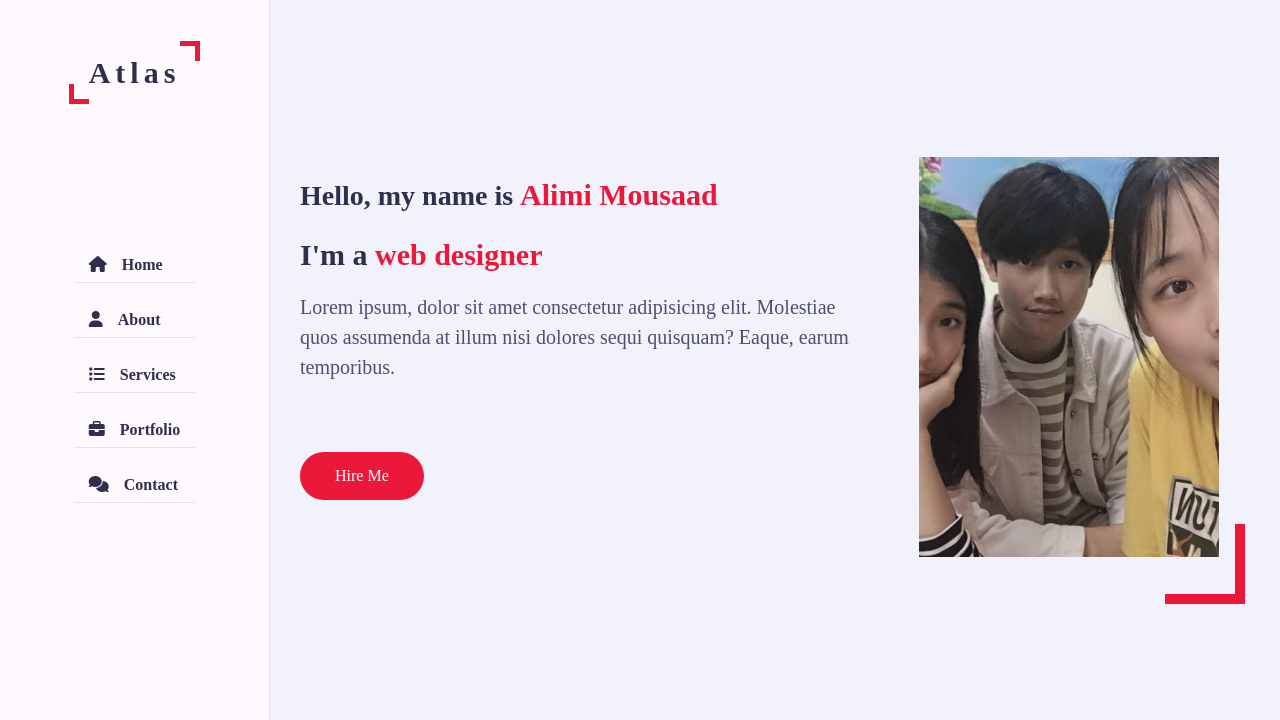
Repository: luanhoang0902/portfolio-ui
Page: index.html
These files come from the project's save history. The page is drawn as it stood at one moment and after the next save; the edit follows.
The browser window is 1280 px wide. The pictures show the whole page.
Some web fonts or font styles are not loaded; a fallback is used. Some web libraries are served in a nearby version.

Above is the page before, as saved 2022-06-02 15:22:26.

After the next save:
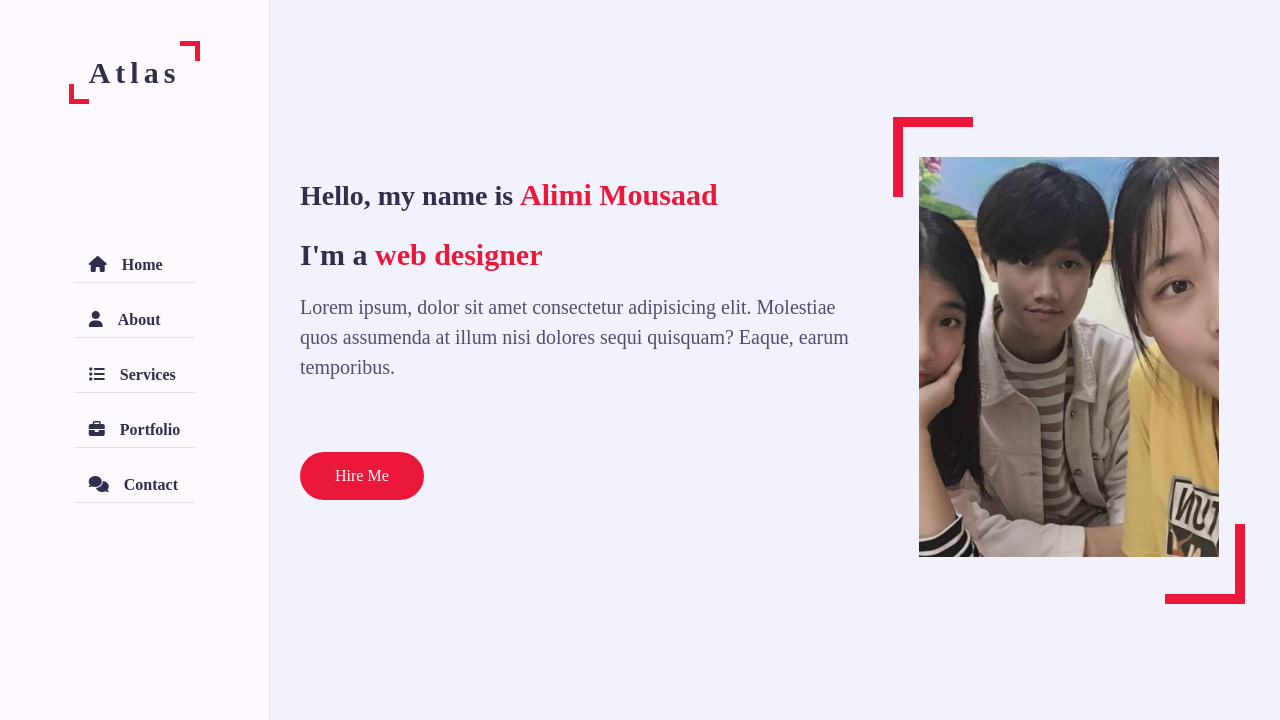
Saved 50 s later.
--- a/css/style.css
+++ b/css/style.css
@@ -275,6 +275,17 @@
     right: 20px;
     bottom: -40px;
 }
+.home-img::before
+{
+    content: '';
+    position: absolute;
+    height: 80px;
+    width: 80px;
+    border-top: 10px solid var(--skin-color);
+    border-left: 10px solid var(--skin-color);
+    left: 20px;
+    top: -40px;
+}
 .home .home-img img
 {
     height: 400px;
